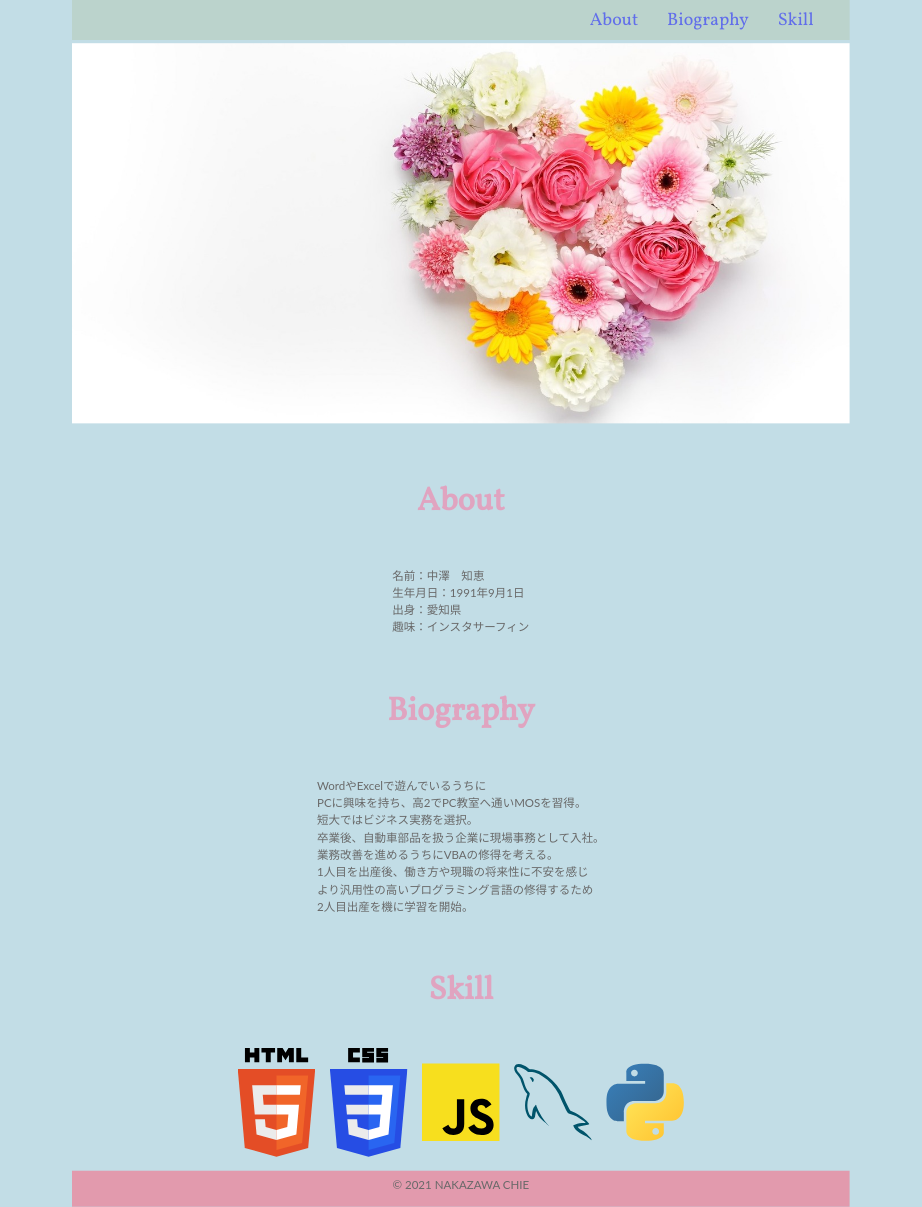
Repository: Chi-mame/Portfolio
Page: home.html
The author's editor kept a record of every edit. The page is drawn from the files as they stood at one moment, then again after the next edit.
The browser window is 1280 px wide. The pictures show the whole page, at 72% of full size.

Above is the page before.

After the next edit:
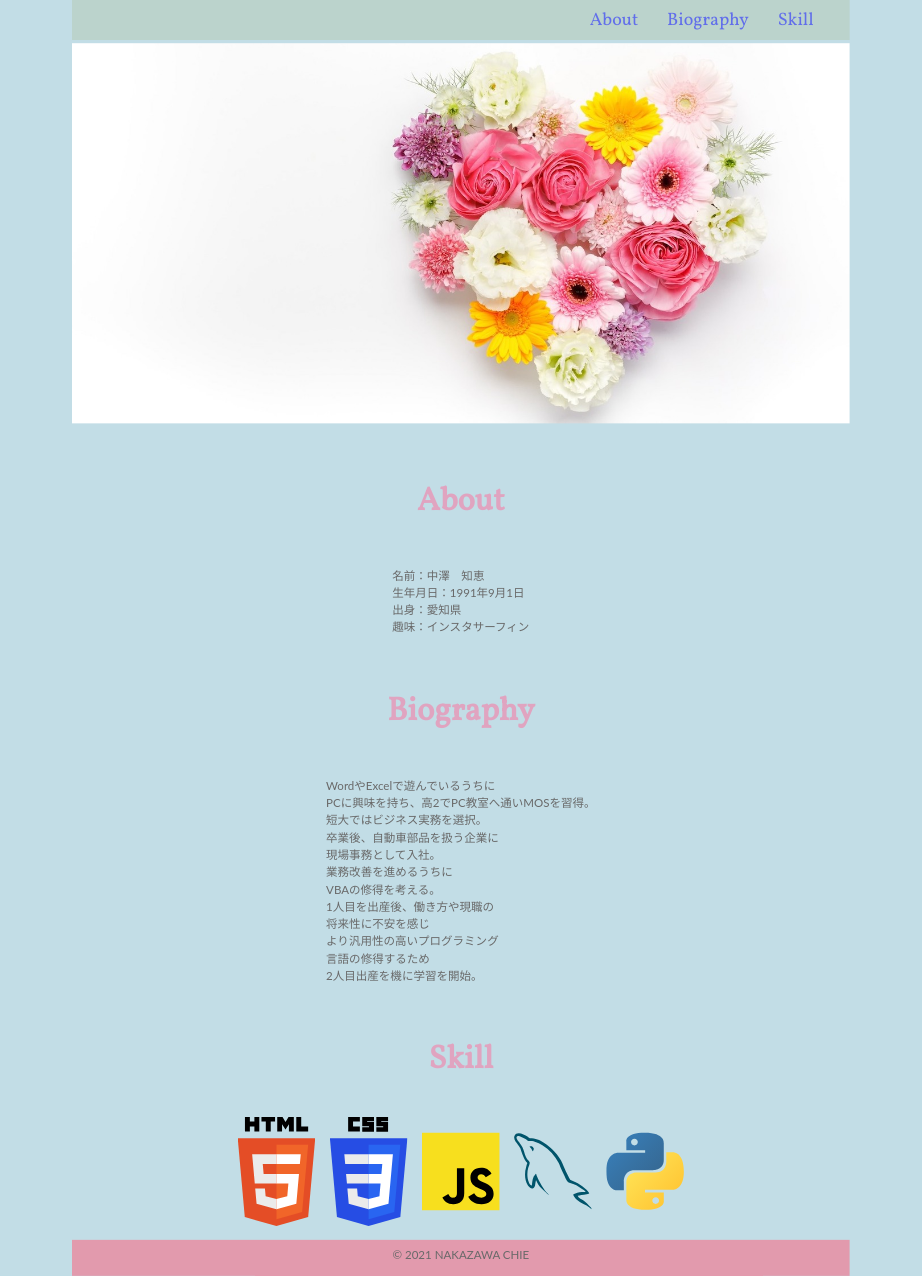
The edit:
--- a/home.html
+++ b/home.html
@@ -34,10 +34,10 @@
               <p>WordやExcelで遊んでいるうちに<br>
               PCに興味を持ち、高2でPC教室へ通いMOSを習得。<br>
               短大ではビジネス実務を選択。<br>
-              卒業後、自動車部品を扱う企業に現場事務として入社。<br>
-              業務改善を進めるうちにVBAの修得を考える。<br>
-              1人目を出産後、働き方や現職の将来性に不安を感じ<br>
-              より汎用性の高いプログラミング言語の修得するため<br>
+              卒業後、自動車部品を扱う企業に<br>現場事務として入社。<br>
+              業務改善を進めるうちに<br>VBAの修得を考える。<br>
+              1人目を出産後、働き方や現職の<br>将来性に不安を感じ<br>
+              より汎用性の高いプログラミング<br>言語の修得するため<br>
               2人目出産を機に学習を開始。<br>
               </p>
            </section>
